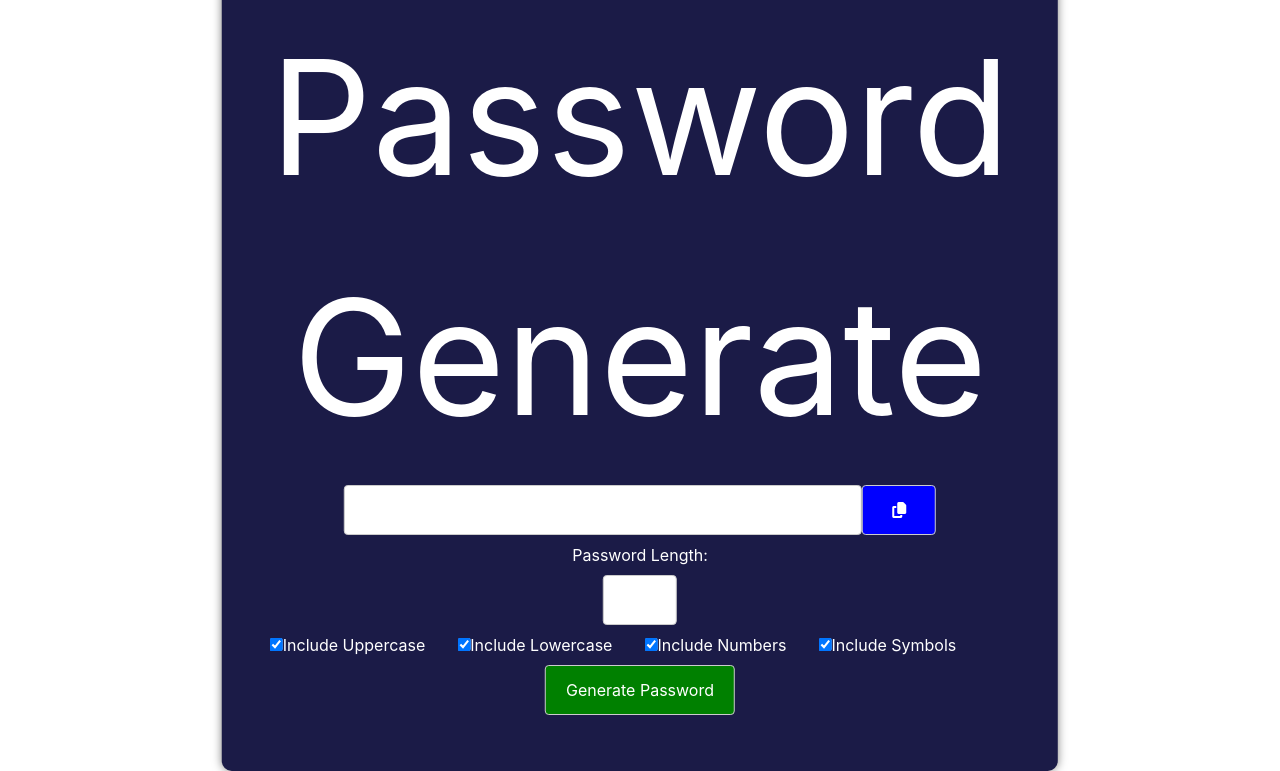
Repository: sriram1224/Password-generator
Page: / (app in password-generator/)
These files come from the project's save history. The page is drawn as it stood at one moment and after the next save; the edit follows.
The browser window is 1280 px wide. The pictures show the whole page.
Some web libraries are served in a nearby version. The project was rebuilt for these pictures with package versions that can differ from the ones it lists, and the page was loaded fresh each time.

Above is the page before, as saved 2024-03-10 21:57:07.

### password-generator/public/index.html
<!DOCTYPE html>
<html lang="en">

<head>
  <meta charset="utf-8" />
  <link rel="icon" href="%PUBLIC_URL%/favicon.ico" />
  <meta name="viewport" content="width=device-width, initial-scale=1" />
  <meta name="theme-color" content="#000000" />
  <meta name="description" content="Web site created using create-react-app" />

  <link rel="apple-touch-icon" href="%PUBLIC_URL%/logo192.png" />
  <link rel="stylesheet" href="https://cdnjs.cloudflare.com/ajax/libs/font-awesome/6.5.1/css/all.min.css"
    integrity="sha512-DTOQO9RWCH3ppGqcWaEA1BIZOC6xxalwEsw9c2QQeAIftl+Vegovlnee1c9QX4TctnWMn13TZye+giMm8e2LwA=="
    crossorigin="anonymous" referrerpolicy="no-referrer" />
  <link rel="manifest" href="%PUBLIC_URL%/manifest.json" />

  <title>React App</title>
</head>

<body>
  <noscript>You need to enable JavaScript to run this app.</noscript>
  <div id="root"></div>
  <script src="https://cdn.tailwindcss.com"></script>
</body>

</html>

### password-generator/src/App.js
import PasswordGenerator from './Components/content.js';
import './App.css';

function App() {
  return (
    <div className="App">
       <PasswordGenerator />

    </div>
  );
}

export default App;

### password-generator/src/Components/content.js
import React, { useState } from 'react';
import "./content.css"
const PasswordGenerator = () => {
  const [includeUppercase, setIncludeUppercase] = useState(true);

    const [includeLowercase, setIncludeLowercase] = useState(true);
  const [includeNumbers, setIncludeNumbers] = useState(true);

    const [includeSymbols, setIncludeSymbols] = useState(true);
  const [password, setPassword] = useState('');
  const [passwordLength, setPasswordLength] = useState(8);

  const generatePassword = () => {


      const uppercaseChars = 'ABCDEFGHIJKLMNOPQRSTUVWXYZ';
    const lowercaseChars = 'abcdefghijklmnopqrstuvwxyz';
    const numberChars = '0123456789';

      const symbolChars = '!@#$%^&*()_+-=[]{}|;:,.<>?';

    let chars = '';
    if (includeUppercase) chars += uppercaseChars;

      if (includeLowercase) chars += lowercaseChars;
    if (includeNumbers) chars += numberChars;

      if (includeSymbols) chars += symbolChars;

    let generatedPassword = '';

      for (let i = 0; i < passwordLength; i++) {
      const randomIndex = Math.floor(Math.random() * chars.length);
      generatedPassword += chars[randomIndex];
    }

      setPassword(generatedPassword);
  };

  const copyToClipboard = () => {
    navigator.clipboard.writeText(password);
  };

  return (
    <div class="main">

      <h1>Password Generate</h1>
      <div>
        <input type="text" readOnly value={password} class="text-input"	 />
        <button onClick={copyToClipboard} class="copy"><i class="fa-solid fa-copy"></i></button>
          </div>
          <div>
        <label>
                  Password Length:
                  <br></br>
          <input type="number" value={passwordLength} class="input-numbers" onChange={(e) => setPasswordLength(parseInt(e.target.value))} />
        </label>
          </div>
          <div class="checkboxed">
               <div>
        <label>
          <input type="checkbox" checked={includeUppercase} onChange={() => setIncludeUppercase(!includeUppercase)} />
          Include Uppercase
        </label>
      </div>
      <div>
        <label>
          <input type="checkbox" checked={includeLowercase} onChange={() => setIncludeLowercase(!includeLowercase)} />
          Include Lowercase
        </label>
      </div>
      <div>
        <label>
          <input type="checkbox" checked={includeNumbers} onChange={() => setIncludeNumbers(!includeNumbers)} />
          Include Numbers
        </label>
      </div>
      <div>
        <label>
          <input type="checkbox" checked={includeSymbols} onChange={() => setIncludeSymbols(!includeSymbols)} />
          Include Symbols
        </label>
              </div>
            </div>

          <button onClick={generatePassword} class="generate">Generate Password</button>
    </div>
  );
};

export default PasswordGenerator;

### password-generator/src/Components/content.css
.text-input{
    width: 70%;
    padding: 12px 20px;
    margin: 8px 0;
    display: inline-block;
    border: 1px solid #ccc;
    border-radius: 4px;
    box-sizing: border-box;
}
.copy{
    width: 10%;
    padding: 12px 20px;
    margin: 8px 0;
    display: inline-block;
    border: 1px solid #ccc;
    border-radius: 4px;
    box-sizing: border-box;
    background-color: blue;
    color: white;
}
.checkboxed{
    display: flex;
    gap: 2rem;
}
.generate{

    padding: 12px 20px;
    margin: 8px 0;
    display: inline-block;
    border: 1px solid #ccc;
    border-radius: 4px;
    box-sizing: border-box;
    background-color: green;
    color: white;
}
.input-numbers{
    width: 10%;
    padding: 12px 5px;
    margin: 8px 0;
    display: inline-block;
    border: 1px solid #ccc;
    border-radius: 4px;
    box-sizing: border-box;
}
@media screen and (max-width: 1100px) {


    .generate,
    .input-numbers {
        width: 100%;
    }

    .checkboxed {
        flex-direction: column;
        gap: 1rem;
    }
}
.main {
    padding: 3rem;
    border-radius:10px;
    background-color:rgb(27, 27, 71);
    color:white;
    box-shadow: 0px 0px 10px rgba(0, 0, 0, 0.5);
    /* Adjust as needed */
    position: absolute;
    top: 50%;
    left: 50%;
    transform: translate(-50%, -50%);
    /* Add width and height if necessary */
}
.main h1{
    font-size: 10rem;
}

Loaded but not shown: password-generator/src/index.js (common file); password-generator/src/index.css (common file); password-generator/src/reportWebVitals.js (common file); password-generator/src/App.css (common file)

After the next save:
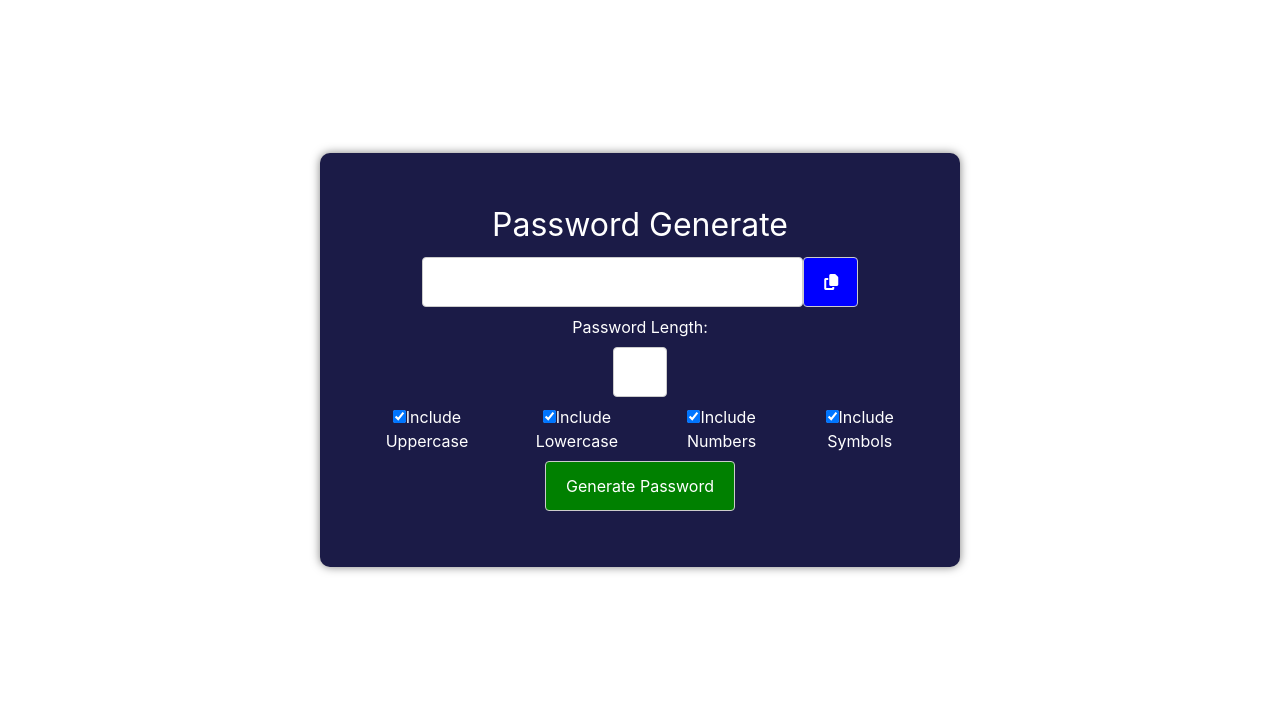
Saved 5 s later.
--- a/password-generator/src/Components/content.css
+++ b/password-generator/src/Components/content.css
@@ -69,5 +69,5 @@
     /* Add width and height if necessary */
 }
 .main h1{
-    font-size: 10rem;
+    font-size: 2rem;
 }
